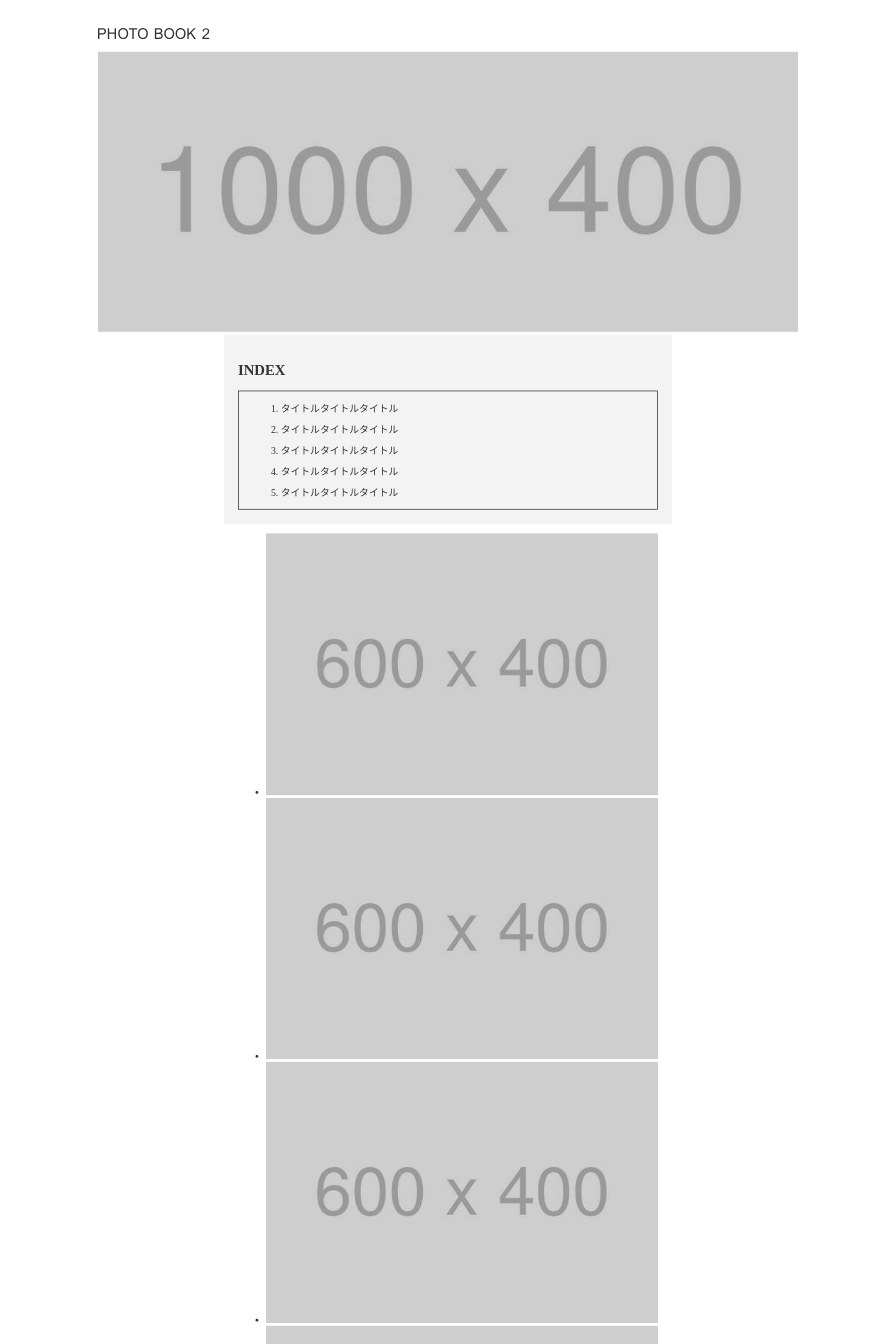
Repository: Fuki-san/photo-book-2
Page: http://localhost/photobook
An editor plug-in stored every save of this project. The page is shown before and after a run of saves, followed by the edit.
The browser window is 1280 px wide. The pictures show the part of the page from y = 0 to 1920 px (the page is 2597 px tall), at 70% of full size.
The page is served by the project's Laravel application, run on PHP 8.4 with Laravel 10.

Above is the page before, as saved 2023-11-30 11:55:42.

After the next 3 saves:
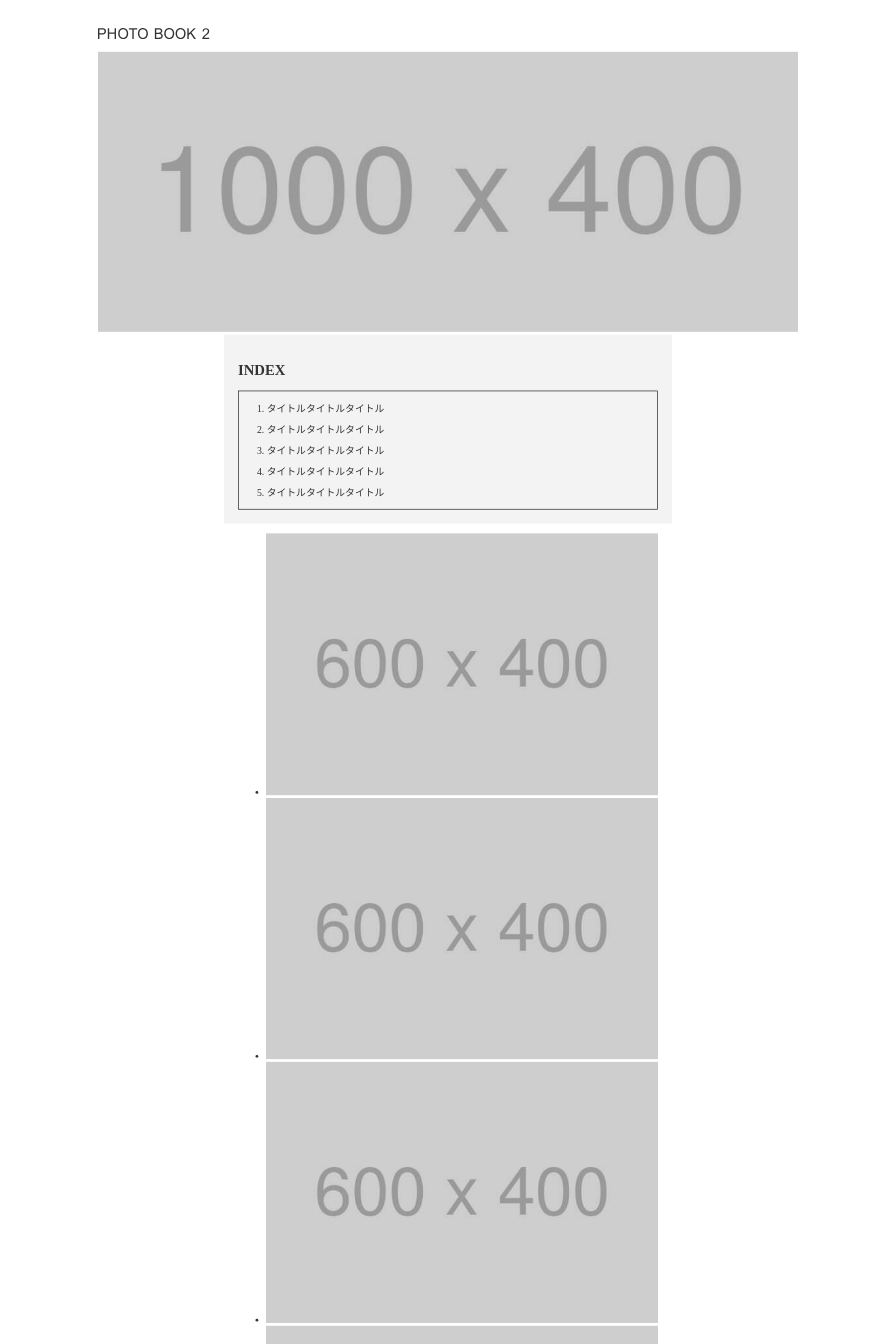
The 3 saves are shown as one change because they came seconds apart.
The last was saved 2 min 8 s later.
--- a/public/css/style.css
+++ b/public/css/style.css
@@ -35,6 +35,7 @@
     background-color: #f3f3f3;
     padding: 20px;
 }
+#index .
 
 #index .index-list{
     margin-left: 20px;

After the save that followed:
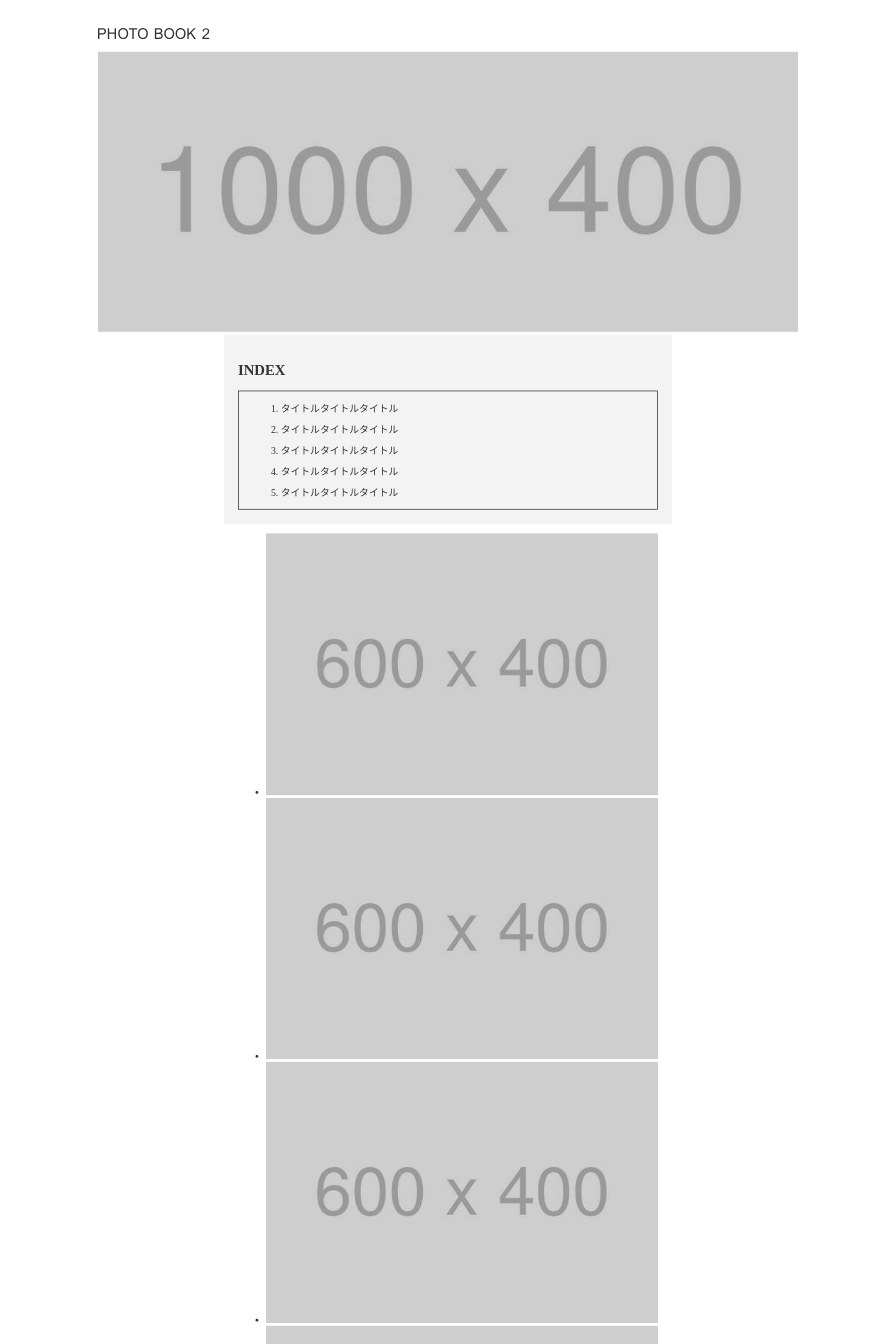
Saved 5 s later.
--- a/public/css/style.css
+++ b/public/css/style.css
@@ -35,7 +35,9 @@
     background-color: #f3f3f3;
     padding: 20px;
 }
-#index .
+#index .sec-title{
+
+}
 
 #index .index-list{
     margin-left: 20px;
